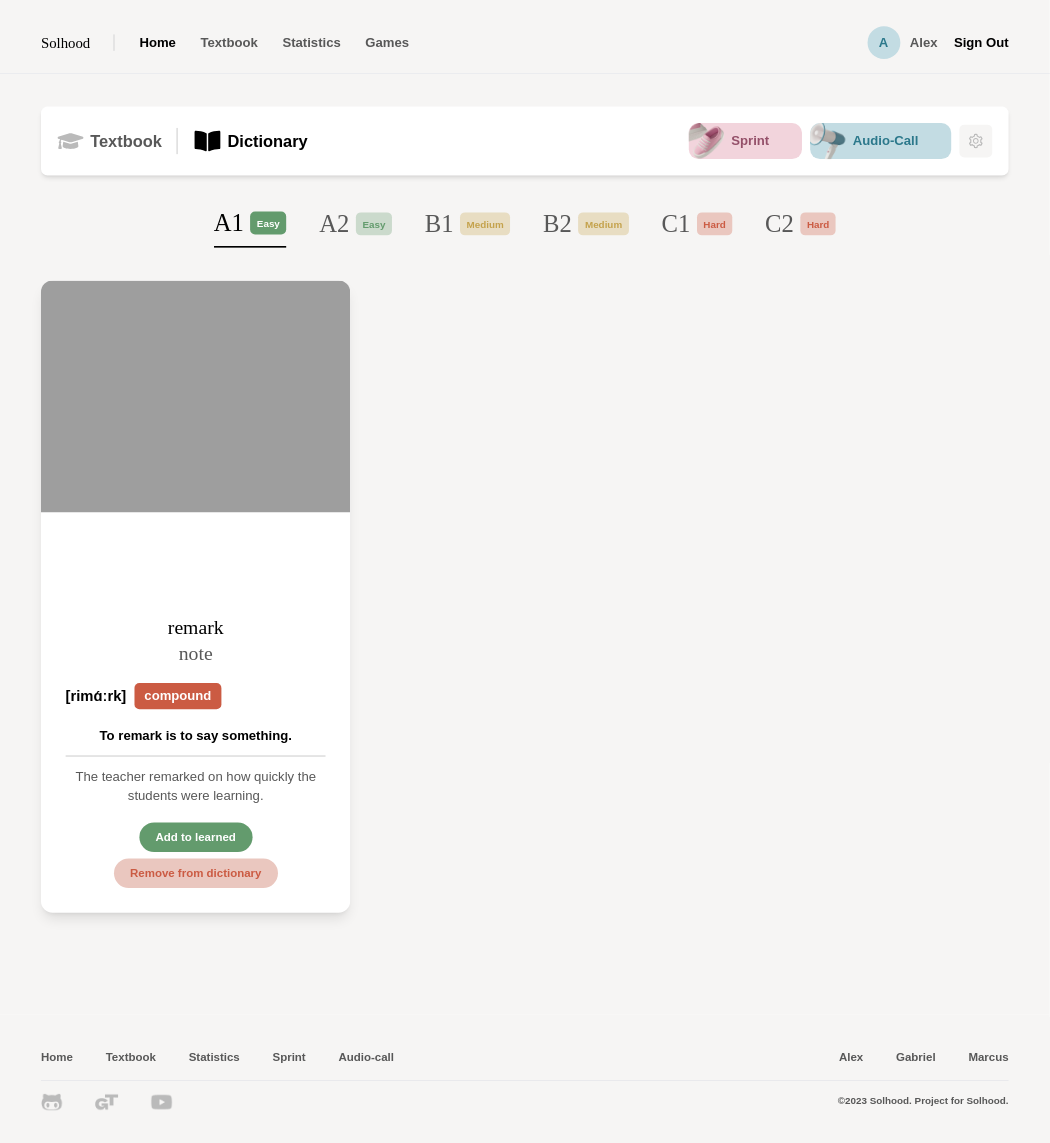
Repository: haudnn/solhood
Page: /textbook
The author's editor kept a copy of each file at every save. The page is drawn from the files as they stood at one save, then again after the next save.
The browser window is 1280 px wide. The pictures show the whole page, at 82% of full size.
Pictures or frames that could not be fetched are drawn as grey boxes. The project was rebuilt for these pictures with package versions that can differ from the ones it lists, and the page was loaded fresh each time. Also part of the build but not shown: src/pages/Home.tsx, src/pages/sprint/Sprint.tsx, src/pages/sprint/Game.tsx, src/pages/sprint/Result.tsx, src/pages/audio/Audio.tsx, src/pages/audio/Game.tsx, src/pages/audio/Result.tsx.

Above is the page before, as saved 2023-01-06 16:40:39.

After the next save:
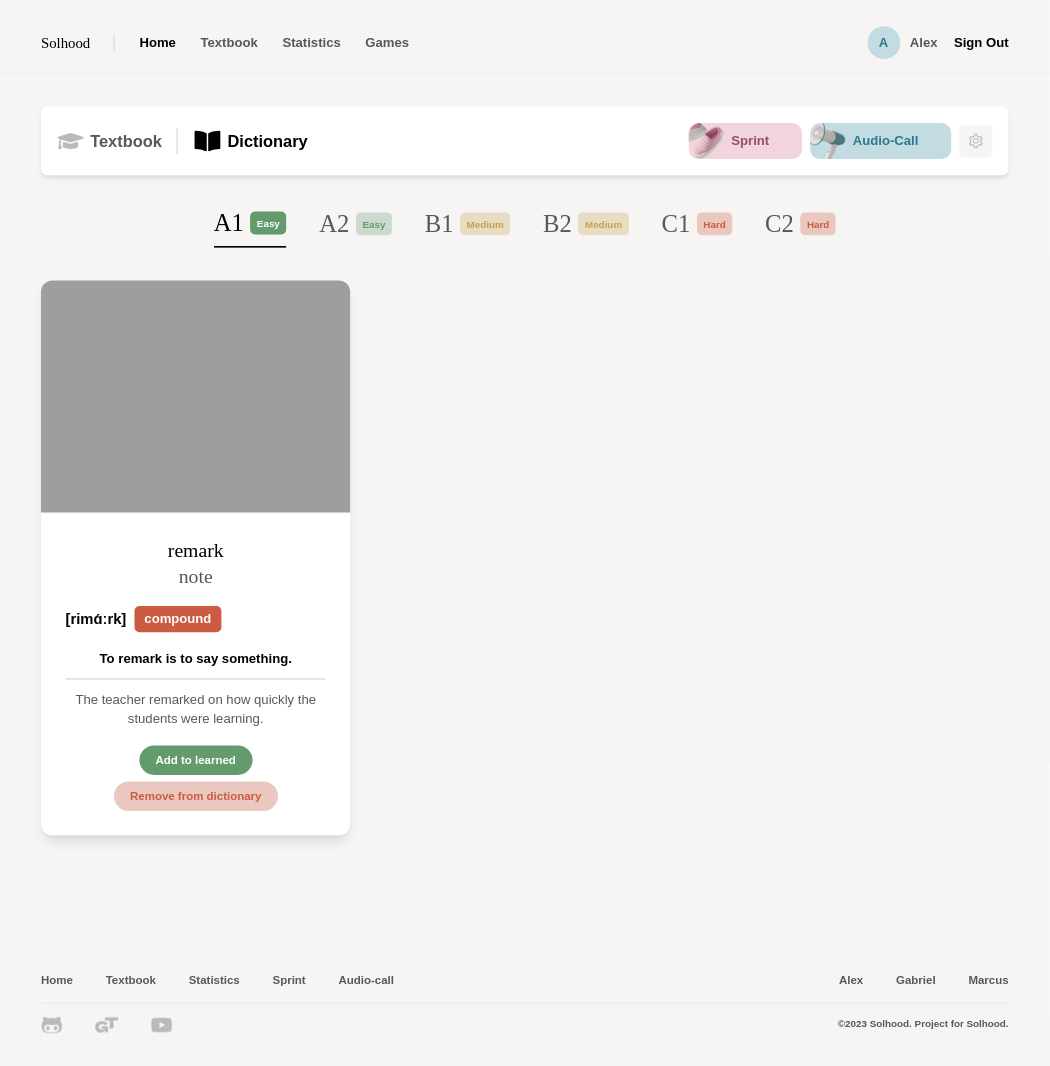
Saved 40 s later.
--- a/src/pages/textbook/TextBook.tsx
+++ b/src/pages/textbook/TextBook.tsx
@@ -185,7 +185,7 @@
                       backgroundImage: `url(${"https://cdn.britannica.com/98/235798-050-3C3BA15D/Hamburger-and-french-fries-paper-box.jpg"})`,
                       backgroundPosition:"top center"
                     }}
-                    className="relative pt-[100%]  bg-no-repeat bg-contain rounded-tl-[14px] rounded-tr-[14px]"
+                    className="relative pt-[75%]  bg-no-repeat bg-contain rounded-tl-[14px] rounded-tr-[14px]"
                   ></div>
                   <div className="p-[30px]">
                     <div className="text-2xl text-black font-dela">

After the 2 saves that followed:
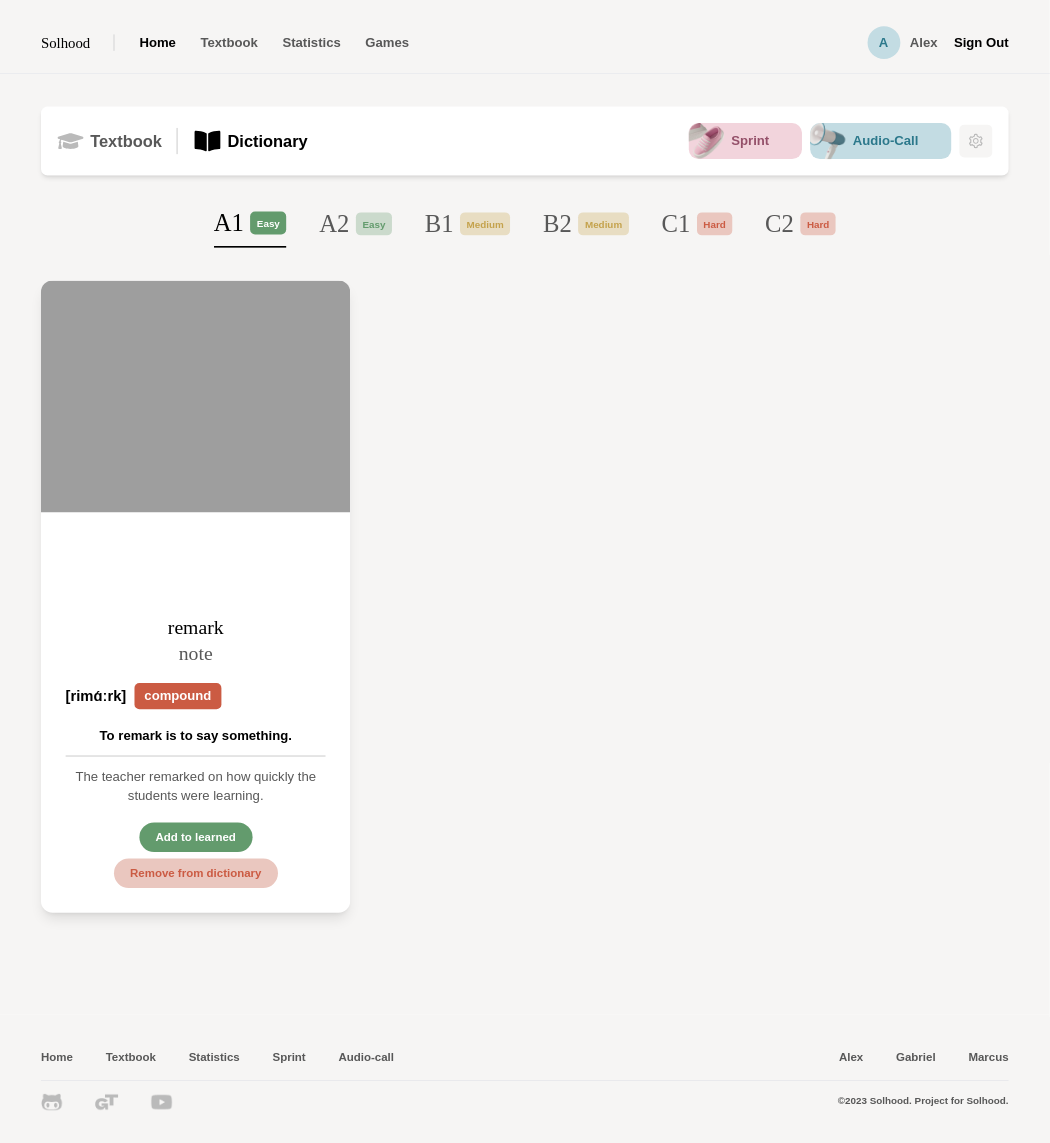
The 2 saves are shown as one change because 1 left the picture as it was.
The last was saved 23 s later.
--- a/src/pages/textbook/TextBook.tsx
+++ b/src/pages/textbook/TextBook.tsx
@@ -185,7 +185,7 @@
                       backgroundImage: `url(${"https://cdn.britannica.com/98/235798-050-3C3BA15D/Hamburger-and-french-fries-paper-box.jpg"})`,
                       backgroundPosition:"top center"
                     }}
-                    className="relative pt-[75%]  bg-no-repeat bg-contain rounded-tl-[14px] rounded-tr-[14px]"
+                    className="relative pt-[100%] bg-no-repeat bg-contain rounded-tl-[14px] rounded-tr-[14px]"
                   ></div>
                   <div className="p-[30px]">
                     <div className="text-2xl text-black font-dela">
